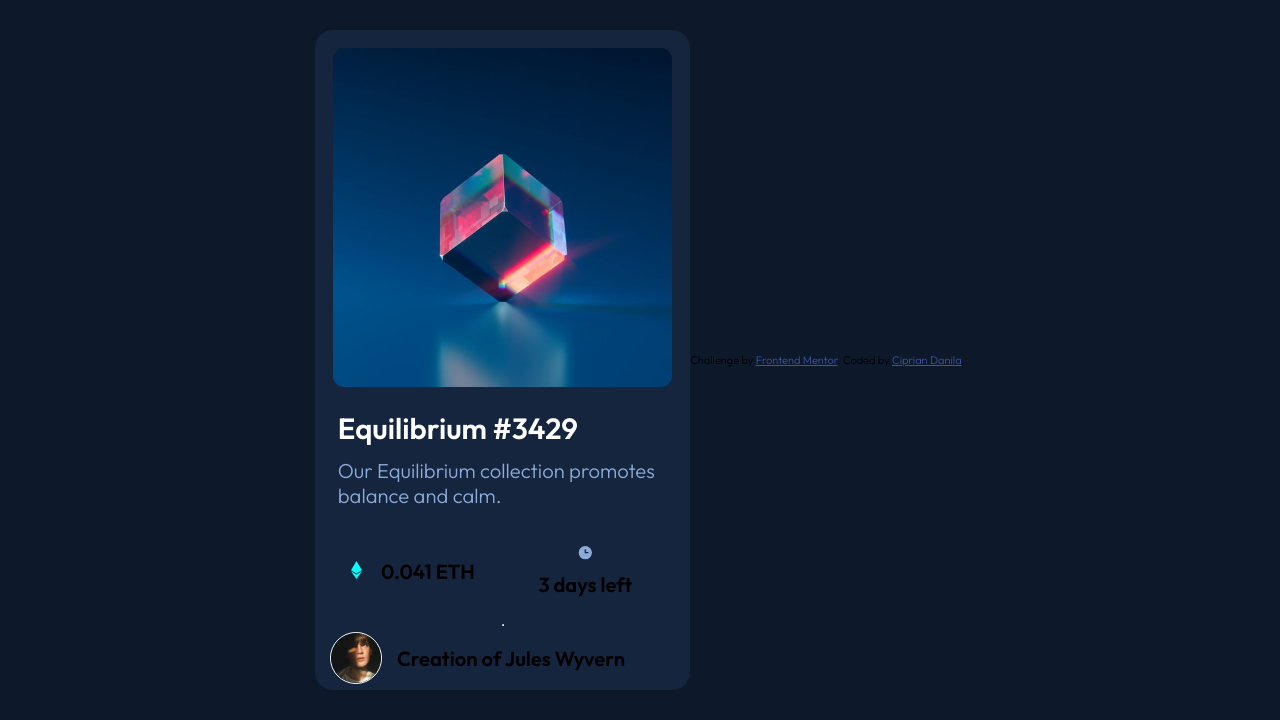
Repository: cipdanila/NFT-preview-card-component
Page: index.html
These files come from the project's save history. The page is drawn as it stood at one moment and after the next save; the edit follows.
The browser window is 1280 px wide. The pictures show the whole page.

Above is the page before, as saved 2024-01-31 16:35:44.

After the next save:
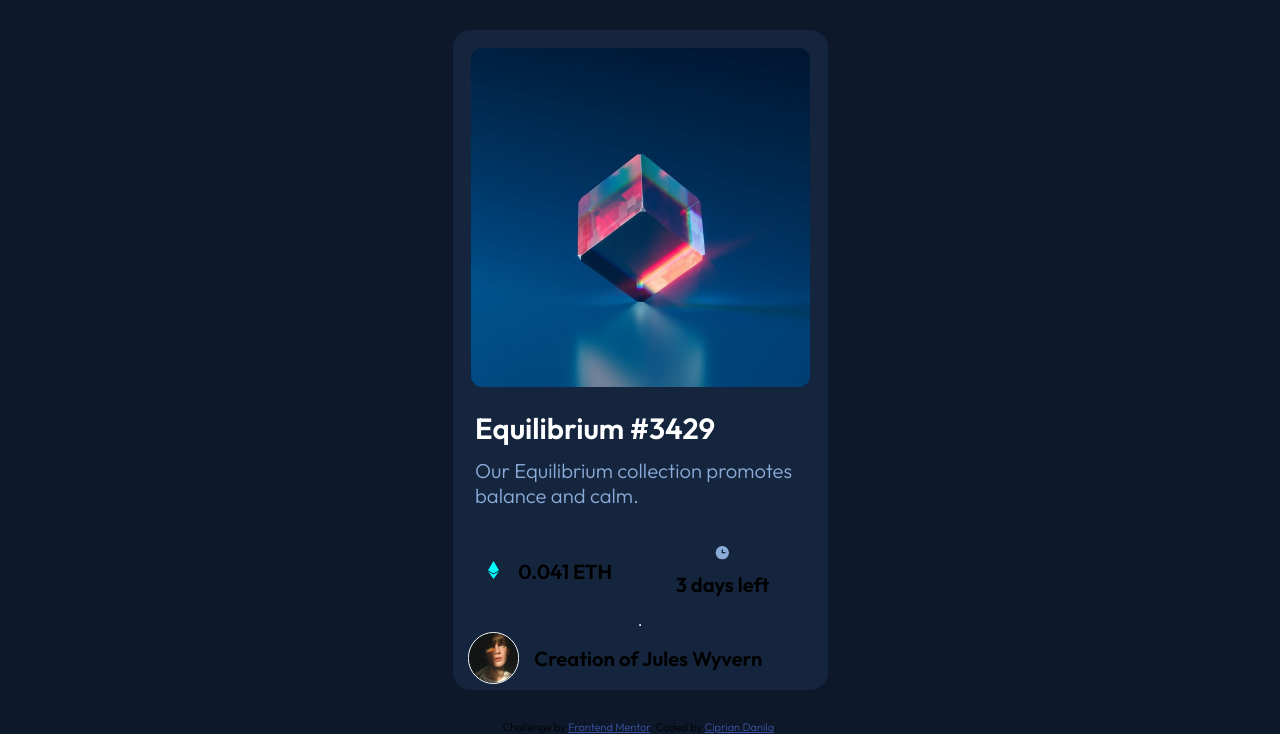
Saved 14 s later.
--- a/style.css
+++ b/style.css
@@ -24,13 +24,13 @@
     font-size: 1.125rem;
     font-weight: 300;
     background-color: var(--very-dark-blue-main);
+}
+
+main {
     display: flex;
     justify-content: center;
     align-items: center;
-}
-
-main {
-    /* height: 100%; */
+    height: 100%;
 }
 
 .card {
